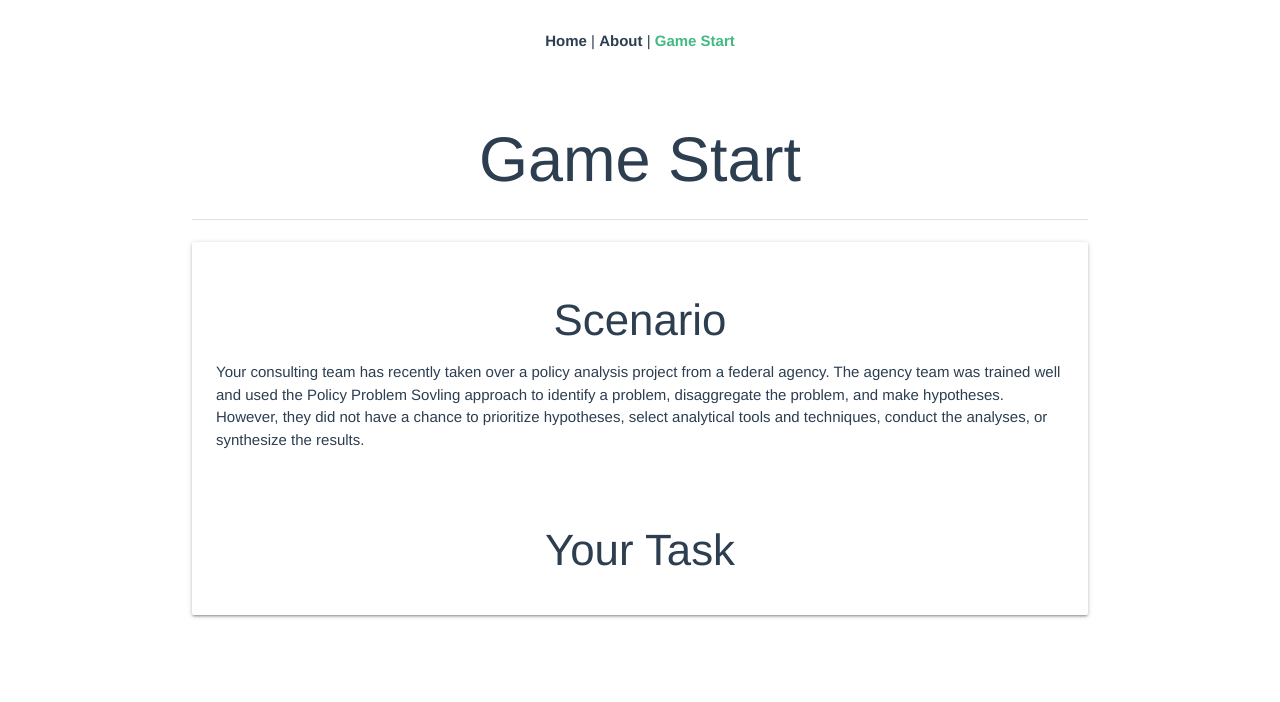
Repository: gallard28/posc4210app
Page: /#/start
The author's editor kept a copy of each file at every save. The page is drawn from the files as they stood at one save, then again after the next save.
The browser window is 1280 px wide. The pictures show the whole page.
The project was rebuilt for these pictures with package versions that can differ from the ones it lists, and the page was loaded fresh each time. Also part of the build but not shown: src/views/Home.vue.

Above is the page before, as saved 2020-09-20 18:56:35.

After the next save:
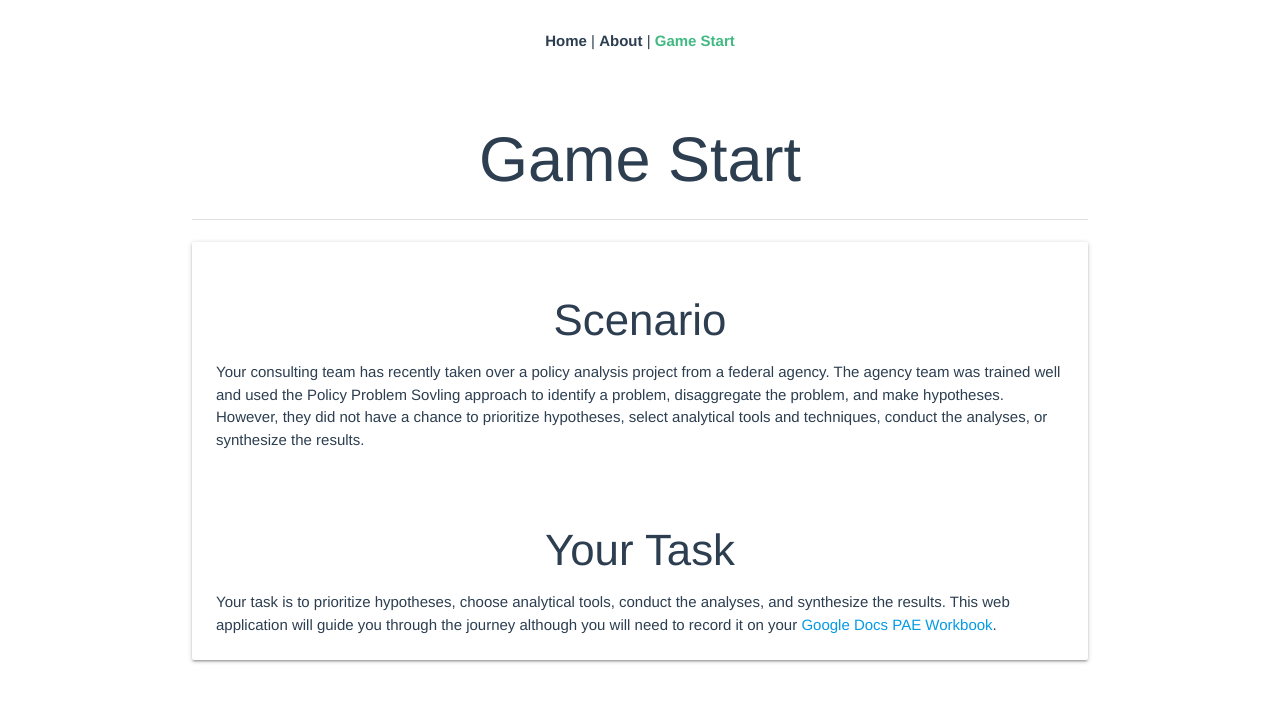
Saved 95 s later.
--- a/src/views/Start.vue
+++ b/src/views/Start.vue
@@ -11,6 +11,9 @@
               Your consulting team has recently taken over a policy analysis project from a federal agency. The agency team was trained well and used the Policy Problem Sovling approach to identify a problem, disaggregate the problem, and make hypotheses. However, they did not have a chance to prioritize hypotheses, select analytical tools and techniques, conduct the analyses, or synthesize the results.
             </p> <br><br>
             <h3>Your Task</h3>
+            <p class="left-align">
+              Your task is to prioritize hypotheses, choose analytical tools, conduct the analyses, and synthesize the results. This web application will guide you through the journey although you will need to record it on your <a href="">Google Docs PAE Workbook</a>.
+            </p>
           </div>
         </div>
       </div>
